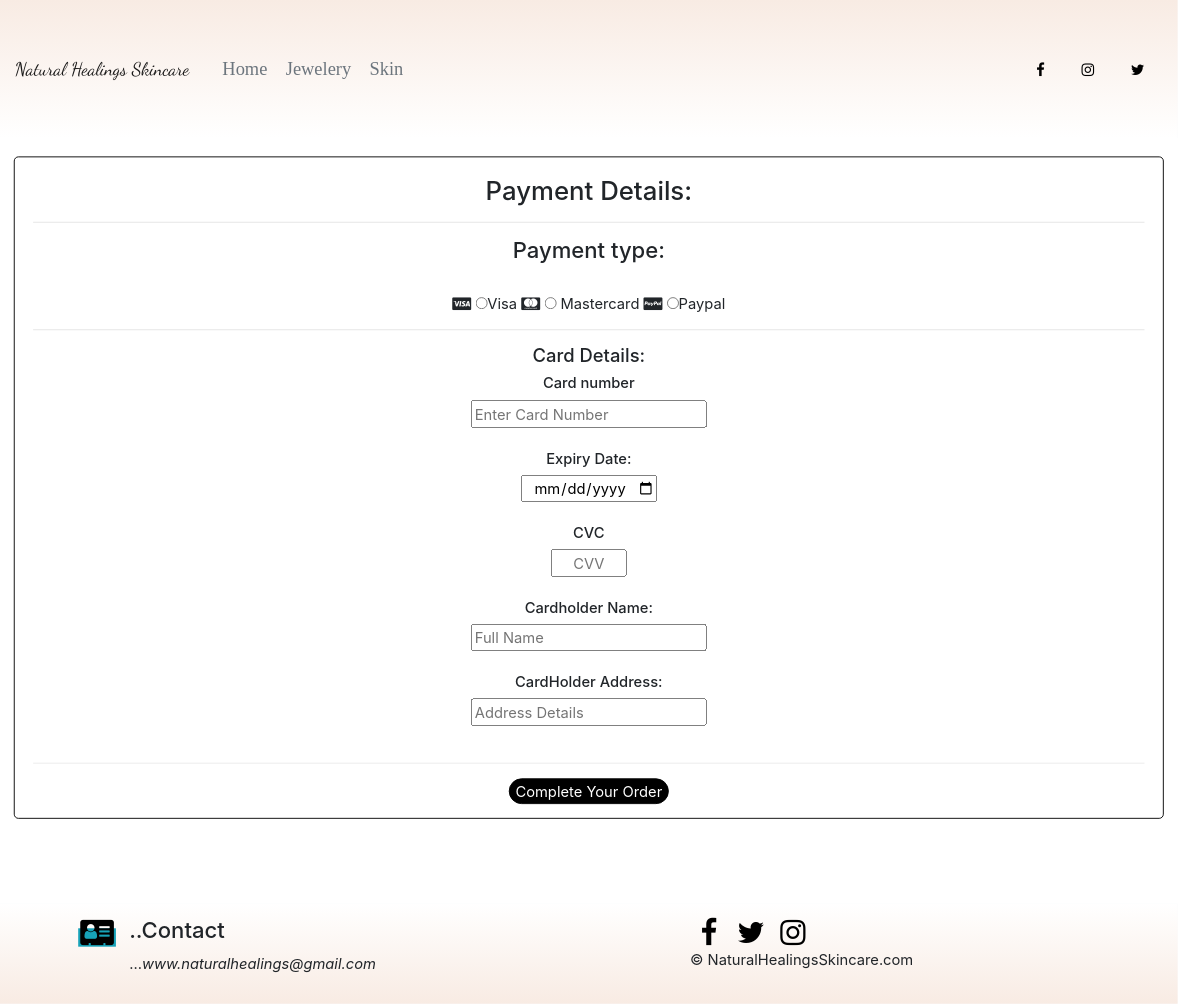
Repository: aliciarawlings/first-milestone
Page: form2.html
The author's editor kept a record of every edit. The page is drawn from the files as they stood at one moment, then again after the next edit.
The browser window is 1280 px wide. The pictures show the whole page, at 92% of full size.
Some web fonts or font styles are not loaded; a fallback is used.

Above is the page before.

After the next edit:
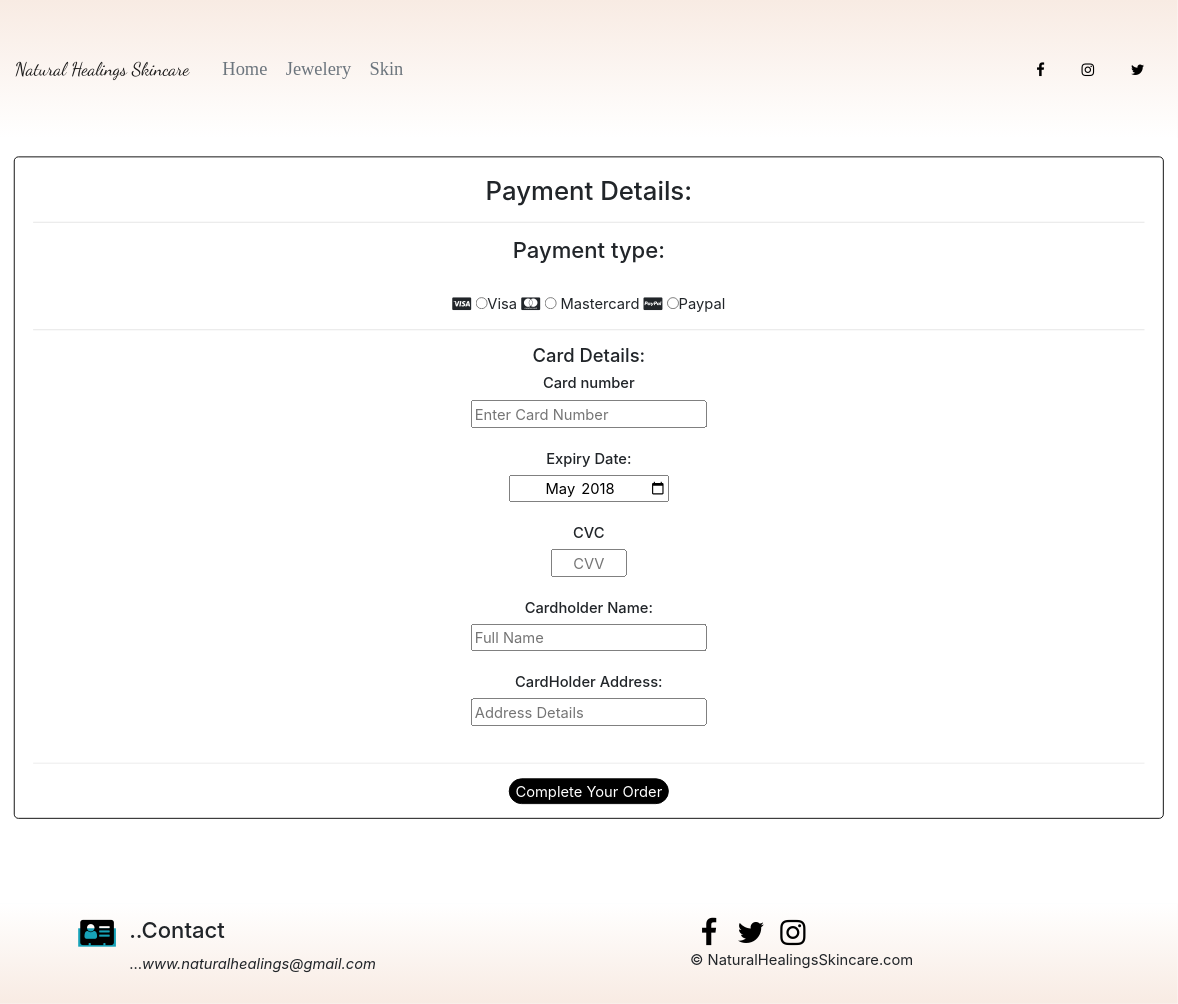
The edit:
--- a/form2.html
+++ b/form2.html
@@ -87,7 +87,7 @@
           <br>
 
           <h6>Expiry Date:</h6>
-          <input type="date" name="date" placeholder="Enter Expiry Date" style="text-align:center;" required><br>
+          <input type="month" name="month" placeholder="Enter Expiry month" style="text-align:center;"min="2018-03" value="2018-05" required><br>
           <br>
 
           <h6>CVC</h6>
